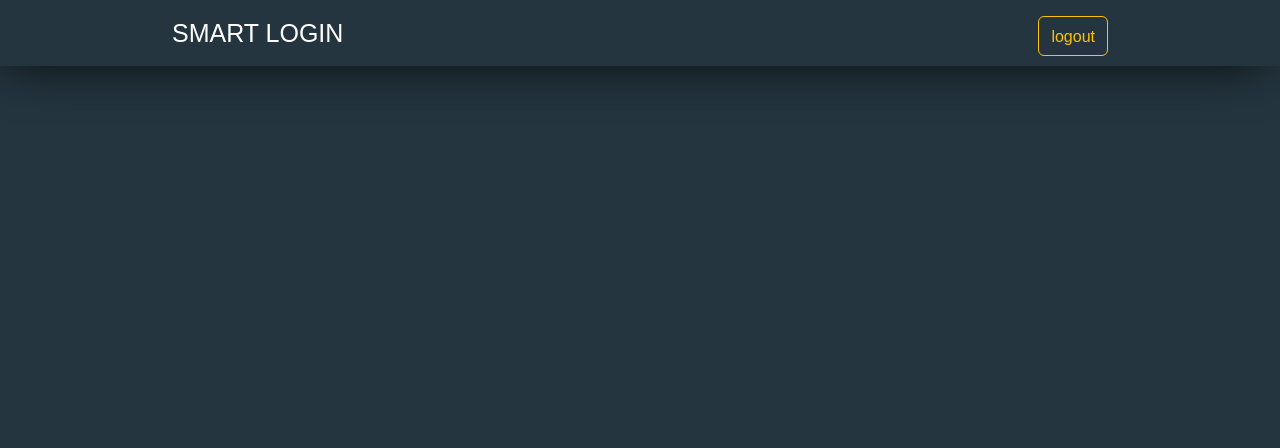
Repository: bodajava/TASK-4
Page: theerdIndex.html
These files come from the project's save history. The page is drawn as it stood at one moment and after the next save; the edit follows.
The browser window is 1280 px wide. The pictures show the whole page.

Above is the page before, as saved 2025-06-18 19:21:54.

### theerdIndex.html
<!DOCTYPE html>
<html lang="en">
  <head>
    <link rel="stylesheet" href="CSS/all.min.css" />
    <link rel="stylesheet" href="CSS/bootstrap.css" />
    <link rel="stylesheet" href="CSS/style.css" />
    <meta charset="UTF-8" />
    <meta name="viewport" content="width=device-width, initial-scale=1.0" />
    <title>Document</title>
  </head>
  <body>
    <div id="container" class="container-fluid">
      <nav
        id="nav"
        class="container navbar navbar-expand-lg bg-body-tertiary pt-0 pb-0"
      >
        <div class="container-fluid">
          <a id="margen" class="navbar-brand" href="#">SMART LOGIN</a>

          <button
            class="navbar-toggler"
            type="button"
            data-bs-toggle="collapse"
            data-bs-target="#navbarSupportedContent"
            aria-controls="navbarSupportedContent"
            aria-expanded="false"
            aria-label="Toggle navigation"
          >
            <span class="navbar-toggler-icon"></span>
          </button>

          <div class="collapse navbar-collapse" id="navbarSupportedContent">
            <ul class="navbar-nav ms-auto mb-2 mb-lg-0">
              <li>
                <a
                  class="pt-2 mt-3 btn btn-outline-warning w-100 d-flex align-items-center"
                  href=""
                  >logout</a
                >
              </li>
            </ul>
          </div>
        </div>
      </nav>
    </div>

    <script src="js/bootstrap.bundle.min.js"></script>
    <script src="js/index.js"></script>
  </body>
</html>

### CSS/style.css
* {
  padding: 0;
  margin: 0;
  box-sizing: border-box;
}

body {
  background-color: #24353f;
  display: flex;
  justify-content: center;
  align-items: center;
  font-family: Arial, sans-serif;
}

#item {
  margin-top: 60px;
  margin-left: 390px;
  margin-right: 390px;
  padding-left: 15px;
  padding-right: 15px;
}

#item2 {
  box-shadow: 0 0 20px rgba(0, 0, 0, 0.2);
  margin-left: 138.75px;
  margin-right: 138.75px;
  padding-left: 60px;
  padding-right: 60px;
  padding-top: 60px;
  padding-bottom: 60px;
}

h1 {
  color: #189bb1;
}

.anchor {
  text-decoration: none;
}

.anchor:hover {
  text-decoration: underline;
}

.paragraph {
  font-size: 20px;
  line-height: 30px;
  font-weight: 400;
  color: white;
}

.paragraph a {
  font-size: 20px;
  line-height: 30px;
  font-weight: 400;
  color: white;
}

.form-control {
  background-color: #24353f;
  border: 1px solid white;
  color: #fff;
  border-radius: 5px;
}

.form-control::placeholder {
  color: #a0a0a0;
}

.form-control:focus {
  background-color: #24353f;
  color: #fff;
  border-color: #189bb1;
  outline: none;
  box-shadow: none;
}

.btnn {
  text-decoration: none;
  color: #189bb1;
}

.btnn:hover {
  color: white;
}

#box {
  box-shadow: -5px 2px 54px -9px rgba(0, 0, 0, 1);
}

#nav {
  background-color: #24353f !important;
}

#container {
  box-shadow: -5px 2px 54px -9px rgba(0, 0, 0, 1);
}

#margen {
  margin-left: 90px;
  font-size: 25px;
  line-height: 38px;
  font-weight: 400;
  color: white;
}

ul li {
  margin-right: 90px;
  padding-bottom: 10px;
}

Loaded but not shown: CSS/all.min.css (library); CSS/bootstrap.css (library); js/bootstrap.bundle.min.js (library); js/index.js (no copy from this time; the picture is the same without it)

After the next save:
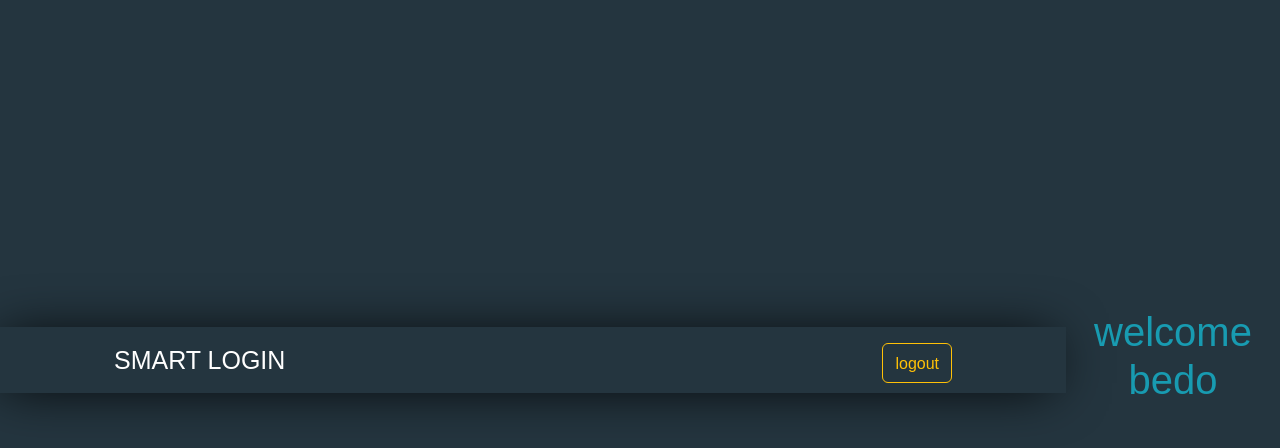
Saved 3 min 33 s later.
--- a/theerdIndex.html
+++ b/theerdIndex.html
@@ -44,6 +44,11 @@
       </nav>
     </div>
 
+    <div class="d-flex justify-content-center align-items-center vh-100">
+      <div class="text-center">
+        <h1 id="userName">welcome bedo</h1>
+      </div>
+    </div>
     <script src="js/bootstrap.bundle.min.js"></script>
     <script src="js/index.js"></script>
   </body>
